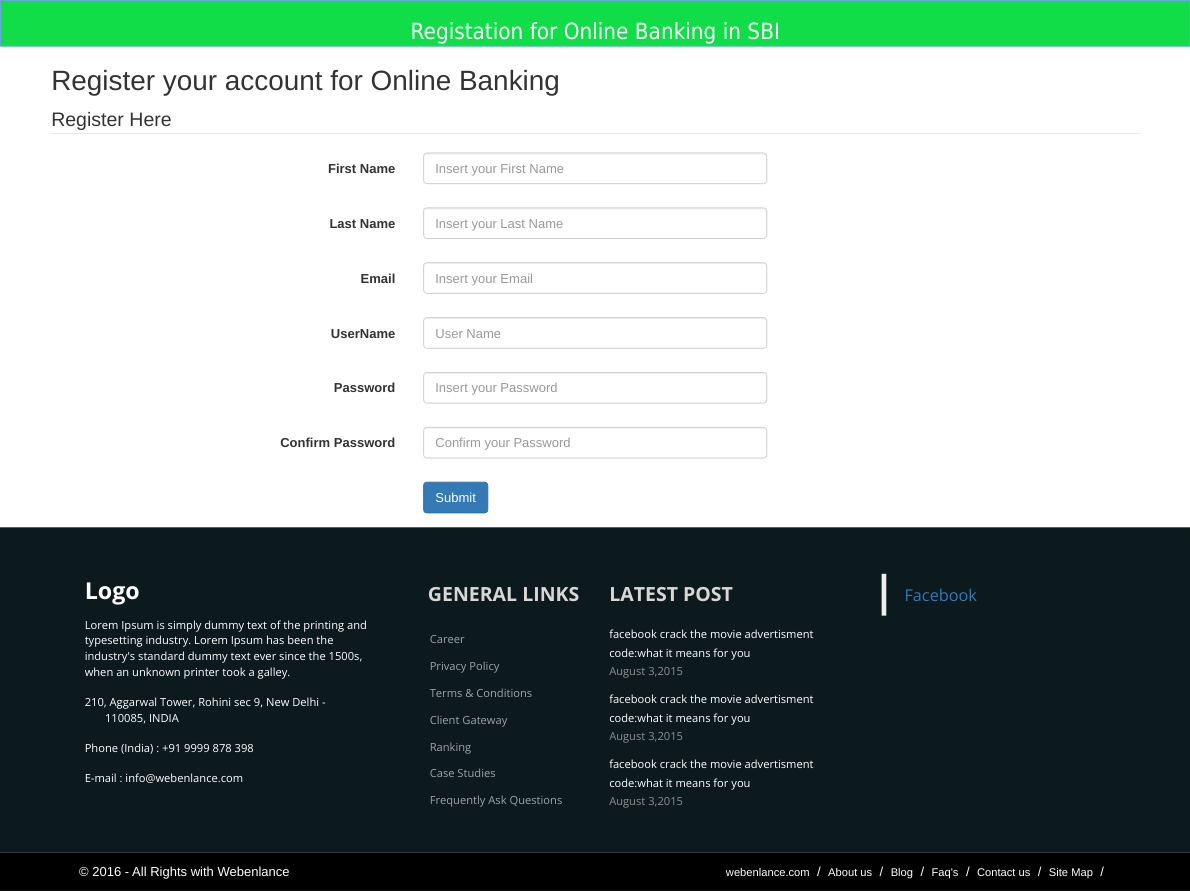
Repository: SantoshSwaraj/StudentsBankOfIndia_HSVer
Page: http://localhost/StudentsBankOfIndia_HSVer/registration.jsp
These files come from the project's save history. The page is drawn as it stood at one moment and after the next save; the edit follows.
The browser window is 1280 px wide. The pictures show the whole page, at 93% of full size.
Some web libraries are served in a nearby version. The page is served by Tomcat 9. Other server files are loaded and not shown.

Above is the page before, as saved 2017-04-02 01:44:17.

### StudentsBankOfIndia_HSVer/WebContent/registration.jsp
<%@ page language="java" contentType="text/html; charset=ISO-8859-1"
    pageEncoding="ISO-8859-1"%>
<!DOCTYPE html PUBLIC "-//W3C//DTD HTML 4.01 Transitional//EN" "http://www.w3.org/TR/html4/loose.dtd">
<html>
	<head>
	<meta http-equiv="Content-Type" content="text/html; charset=ISO-8859-1">
		<title>Registration</title>
		<meta name="viewport" content="width=device-width, initial-scale=1">
    <link rel="stylesheet" href="http://maxcdn.bootstrapcdn.com/bootstrap/3.3.4/css/bootstrap.min.css">
    <script src="https://ajax.googleapis.com/ajax/libs/jquery/1.11.3/jquery.min.js"></script>
    <script src="http://maxcdn.bootstrapcdn.com/bootstrap/3.3.4/js/bootstrap.min.js"></script>
    <link rel="stylesheet" type="text/css" href="./styles/footer.css">

	</head>
	<body>
<!--=============================Banner Welcome to Students Bank Of India Stats=============================================-->
        <div class="container-fluid">
            <div class="row">
                <div class="col-md-12" style="background-color: #11dd48; border: 1px solid #69a5e5; height: 50px; color:white">
                    <h3 style="font-family: Tahoma; text-align: center;">Registation for Online Banking in SBI</h3>
                </div>
            </div>
        </div>
    <!--=============================Banner Welcome to Students Bank Of India Ends=============================================-->

	<div class="container">
	<div class="row">
		<h2>Register your account for Online Banking</h2>

        <form class="form-horizontal">
		<fieldset>

		<!-- Form Name -->
		<legend>Register Here</legend>

		<!-- Text input-->
		<div class="form-group">
  		<label class="col-md-4 control-label" for="textinput">First Name</label>
  		<div class="col-md-4">
  		<input id="textinput" name="textinput" placeholder="Insert your First Name" class="form-control input-md" required="" type="text">
  		<span class="help-block"> </span>
  		</div>
		</div>

	<!-- Text input-->
	<div class="form-group">
  	<label class="col-md-4 control-label" for="textinput">Last Name</label>
  	<div class="col-md-4">
  	<input id="textinput" name="textinput" placeholder="Insert your Last Name" class="form-control input-md" required="" type="text">
  	<span class="help-block"> </span>
  	</div>
	</div>

	<!-- Text input-->
	<div class="form-group">
  	<label class="col-md-4 control-label" for="textinput">Email</label>
  	<div class="col-md-4">
  	<input id="textinput" name="textinput" placeholder="Insert your Email" class="form-control input-md" required="" type="text">
  	<span class="help-block"> </span>
  	</div>
	</div>

	<!-- Text input-->
	<div class="form-group">
  	<label class="col-md-4 control-label" for="textinput">UserName</label>
  	<div class="col-md-4">
  	<input id="textinput" name="textinput" placeholder="User Name" class="form-control input-md" required="" type="text">
  	<span class="help-block"> </span>
  	</div>
	</div>

	<!-- Text input-->
	<div class="form-group">
  	<label class="col-md-4 control-label" for="textinput">Password</label>
  	<div class="col-md-4">
  	<input id="textinput" name="textinput" placeholder="Insert your Password" class="form-control input-md" required="" type="text">
  	<span class="help-block"> </span>
  	</div>
	</div>

	<!-- Text input-->
	<div class="form-group">
  	<label class="col-md-4 control-label" for="textinput">Confirm Password</label>
  	<div class="col-md-4">
  	<input id="textinput" name="textinput" placeholder="Confirm your Password" class="form-control input-md" required="" type="text">
  	<span class="help-block"> </span>
  	</div>
	</div>

	<!-- Button -->
	<div class="form-group">
  	<label class="col-md-4 control-label" for="singlebutton"> </label>
  	<div class="col-md-4">
   	 <button id="singlebutton" name="singlebutton" class="btn btn-primary">Submit</button>
  	</div>
	</div>

	</fieldset>
</form>

</div>
</div>

<!--=========================================================================================================================-->
  <!--=========================================================================================================================-->
  <!--=========================================================================================================================-->
  <!--============================================Footer Starts===============================================-->
  <!--footer start from here-->
  <footer>
  <div class="container">
    <div class="row">
      <div class="col-md-4 col-sm-6 footerleft ">
        <div class="logofooter"> Logo</div>
        <p>Lorem Ipsum is simply dummy text of the printing and typesetting industry. Lorem Ipsum has been the industry's standard dummy text ever since the 1500s, when an unknown printer took a galley.</p>
        <p><i class="fa fa-map-pin"></i> 210, Aggarwal Tower, Rohini sec 9, New Delhi -        110085, INDIA</p>
        <p><i class="fa fa-phone"></i> Phone (India) : +91 9999 878 398</p>
        <p><i class="fa fa-envelope"></i> E-mail : info@webenlance.com</p>

      </div>
      <div class="col-md-2 col-sm-6 paddingtop-bottom">
        <h6 class="heading7">GENERAL LINKS</h6>
        <ul class="footer-ul">
          <li><a href="#"> Career</a></li>
          <li><a href="#"> Privacy Policy</a></li>
          <li><a href="#"> Terms & Conditions</a></li>
          <li><a href="#"> Client Gateway</a></li>
          <li><a href="#"> Ranking</a></li>
          <li><a href="#"> Case Studies</a></li>
          <li><a href="#"> Frequently Ask Questions</a></li>
        </ul>
      </div>
      <div class="col-md-3 col-sm-6 paddingtop-bottom">
        <h6 class="heading7">LATEST POST</h6>
        <div class="post">
          <p>facebook crack the movie advertisment code:what it means for you <span>August 3,2015</span></p>
          <p>facebook crack the movie advertisment code:what it means for you <span>August 3,2015</span></p>
          <p>facebook crack the movie advertisment code:what it means for you <span>August 3,2015</span></p>
        </div>
      </div>
      <div class="col-md-3 col-sm-6 paddingtop-bottom">
        <div class="fb-page" data-href="https://www.facebook.com/facebook" data-tabs="timeline" data-height="300" data-small-header="false" style="margin-bottom:15px;" data-adapt-container-width="true" data-hide-cover="false" data-show-facepile="true">
          <div class="fb-xfbml-parse-ignore">
            <blockquote cite="https://www.facebook.com/facebook"><a href="https://www.facebook.com/facebook">Facebook</a></blockquote>
          </div>
        </div>
      </div>
    </div>
  </div>
</footer>


<div class="copyright">
  <div class="container">
    <div class="col-md-6">
      <p>© 2016 - All Rights with Webenlance</p>
    </div>
    <div class="col-md-6">
      <ul class="bottom_ul">
        <li><a href="#">webenlance.com</a></li>
        <li><a href="#">About us</a></li>
        <li><a href="#">Blog</a></li>
        <li><a href="#">Faq's</a></li>
        <li><a href="#">Contact us</a></li>
        <li><a href="#">Site Map</a></li>
      </ul>
    </div>
  </div>
</div>
<!--=========================Footer Ends Here===================-->
</body>
</html>

### StudentsBankOfIndia_HSVer/WebContent/styles/footer.css
@import url(https://fonts.googleapis.com/css?family=Open+Sans:400,700,300);
footer { background-color:#0c1a1e; min-height:350px; font-family: 'Open Sans', sans-serif; }
.footerleft { margin-top:50px; padding:0 36px; }
.logofooter { margin-bottom:10px; font-size:25px; color:#fff; font-weight:700;}

.footerleft p { color:#fff; font-size:12px !important; font-family: 'Open Sans', sans-serif; margin-bottom:15px;}
.footerleft p i { width:20px; color:#999;}


.paddingtop-bottom {  margin-top:50px;}
.footer-ul { list-style-type:none;  padding-left:0px; margin-left:2px;}
.footer-ul li { line-height:29px; font-size:12px;}
.footer-ul li a { color:#a0a3a4; transition: color 0.2s linear 0s, background 0.2s linear 0s; }
.footer-ul i { margin-right:10px;}
.footer-ul li a:hover {transition: color 0.2s linear 0s, background 0.2s linear 0s; color:#ff670f; }

.social:hover {
     -webkit-transform: scale(1.1);
     -moz-transform: scale(1.1);
     -o-transform: scale(1.1);
 }
 .icon-ul { list-style-type:none !important; margin:0px; padding:0px;}
 .icon-ul li { line-height:75px; width:100%; float:left;}
 .icon { float:left; margin-right:5px;}


 .copyright { min-height:40px; background-color:#000000;}
 .copyright p { text-align:left; color:#FFF; padding:10px 0; margin-bottom:0px;}
 .heading7 { font-size:21px; font-weight:700; color:#d9d6d6; margin-bottom:22px;}
 .post p { font-size:12px; color:#FFF; line-height:20px;}
 .post p span { display:block; color:#8f8f8f;}
 .bottom_ul { list-style-type:none; float:right; margin-bottom:0px;}
 .bottom_ul li { float:left; line-height:40px;}
 .bottom_ul li:after { content:"/"; color:#FFF; margin-right:8px; margin-left:8px;}
 .bottom_ul li a { color:#FFF;  font-size:12px;}

After the next save:
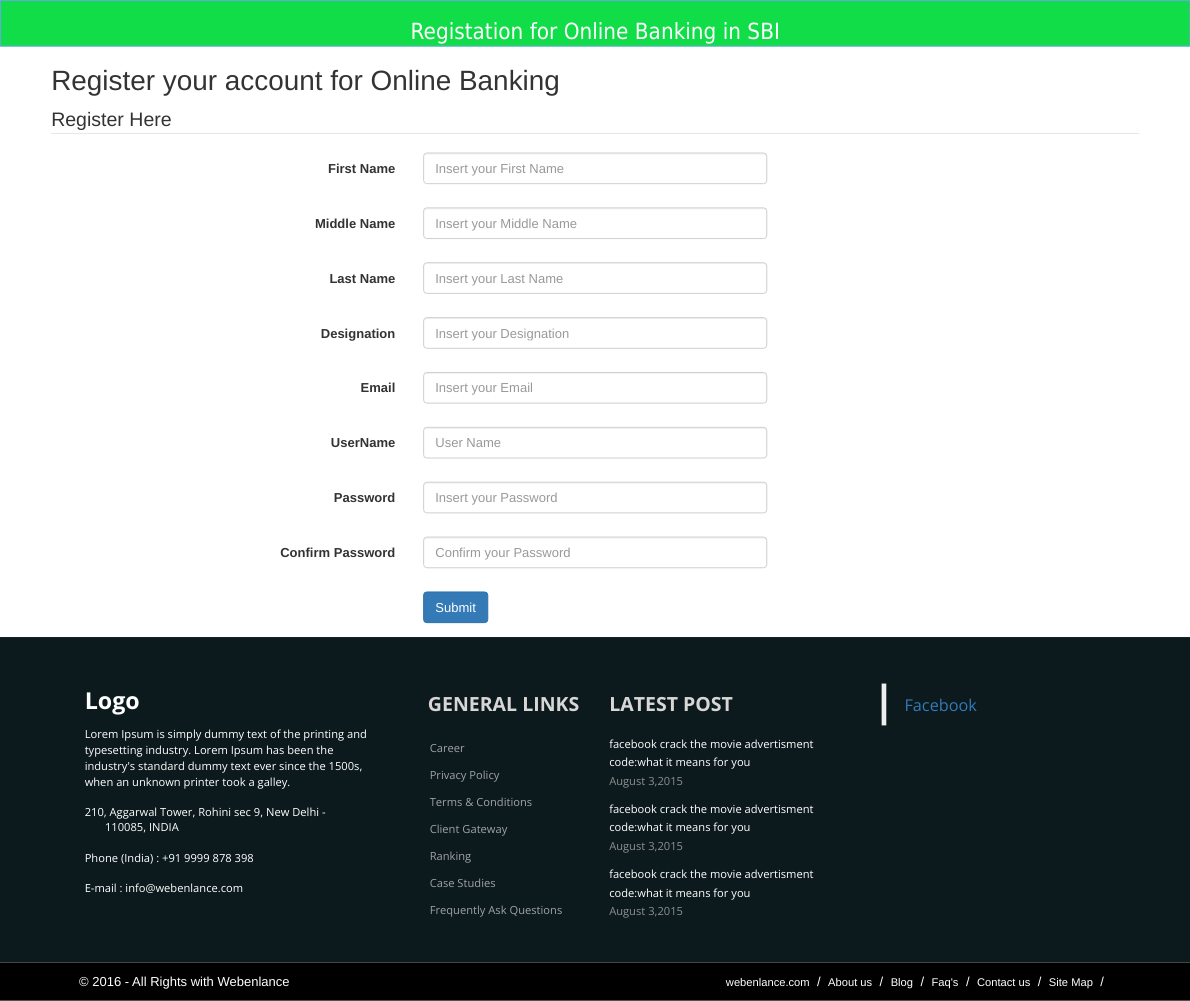
Saved 4 min 35 s later.
--- a/StudentsBankOfIndia_HSVer/WebContent/registration.jsp
+++ b/StudentsBankOfIndia_HSVer/WebContent/registration.jsp
@@ -35,27 +35,47 @@
 
 		<!-- Text input-->
 		<div class="form-group">
-  		<label class="col-md-4 control-label" for="textinput">First Name</label>
+  		<label class="col-md-4 control-label" for="emp_fname">First Name</label>
   		<div class="col-md-4">
-  		<input id="textinput" name="textinput" placeholder="Insert your First Name" class="form-control input-md" required="" type="text">
+  		<input id="emp_fname" name="emp_fname" placeholder="Insert your First Name" class="form-control input-md" required="" type="text">
   		<span class="help-block"> </span>
   		</div>
 		</div>
 
+		<!-- Text input-->
+		<div class="form-group">
+  		<label class="col-md-4 control-label" for="emp_mname">Middle Name</label>
+  		<div class="col-md-4">
+  		<input id="emp_mname" name="emp_mname" placeholder="Insert your Middle Name" class="form-control input-md" type="text">
+  		<span class="help-block"> </span>
+  		</div>
+		</div>
+
+
 	<!-- Text input-->
 	<div class="form-group">
-  	<label class="col-md-4 control-label" for="textinput">Last Name</label>
+  	<label class="col-md-4 control-label" for="emp_lname">Last Name</label>
   	<div class="col-md-4">
-  	<input id="textinput" name="textinput" placeholder="Insert your Last Name" class="form-control input-md" required="" type="text">
+  	<input id="emp_lname" name="emp_lname" placeholder="Insert your Last Name" class="form-control input-md" required="" type="text">
   	<span class="help-block"> </span>
   	</div>
 	</div>
 
 	<!-- Text input-->
 	<div class="form-group">
-  	<label class="col-md-4 control-label" for="textinput">Email</label>
+  	<label class="col-md-4 control-label" for="emp_design">Designation</label>
   	<div class="col-md-4">
-  	<input id="textinput" name="textinput" placeholder="Insert your Email" class="form-control input-md" required="" type="text">
+  	<input id="emp_design" name="emp_design" placeholder="Insert your Designation" class="form-control input-md" required="" type="text">
+  	<span class="help-block"> </span>
+  	</div>
+	</div>
+
+
+	<!-- Text input-->
+	<div class="form-group">
+  	<label class="col-md-4 control-label" for="email">Email</label>
+  	<div class="col-md-4">
+  	<input id="email" name="email" placeholder="Insert your Email" class="form-control input-md" required="" type="text">
   	<span class="help-block"> </span>
   	</div>
 	</div>
